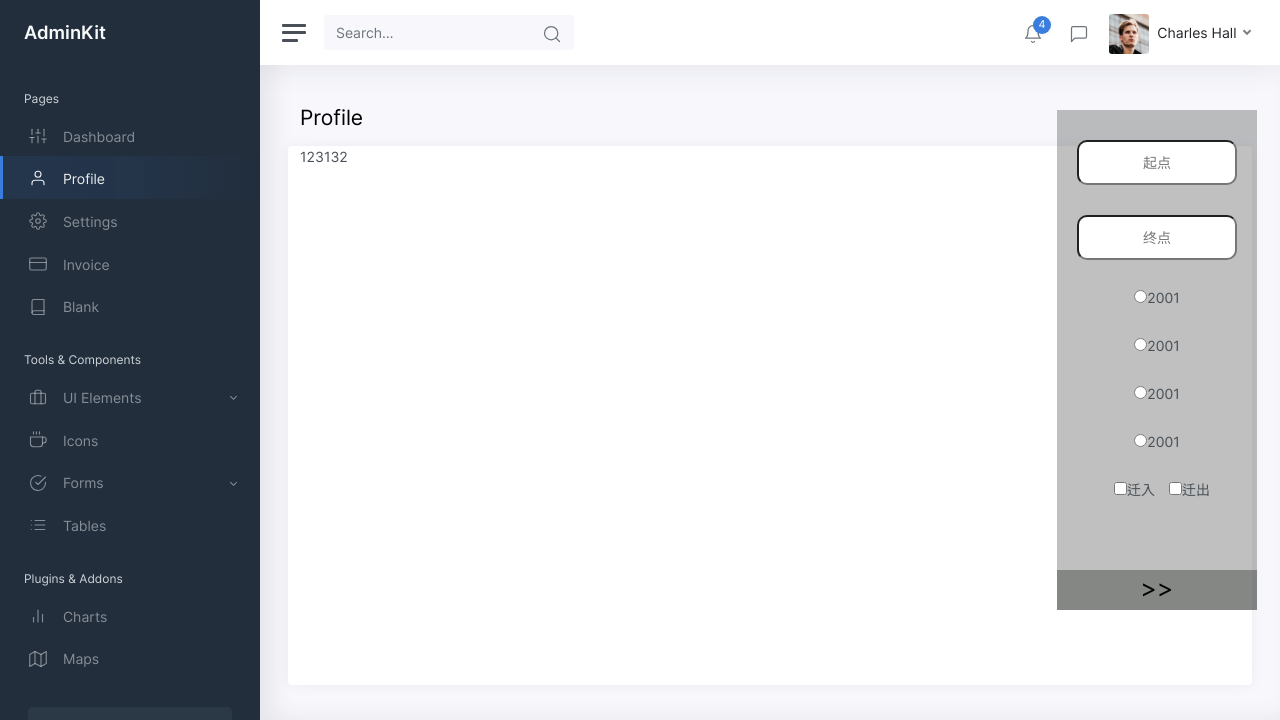
Repository: yuwei0922/WHURS-WGIS
Page: final_project/pages-profile.html
These files come from the project's save history. The page is drawn as it stood at one moment and after the next save; the edit follows.
The browser window is 1280 px wide. The pictures show the whole page.

Above is the page before, as saved 2022-12-21 21:39:10.
Not found: final_project/js/vendor.js

### final_project/pages-profile.html
<!DOCTYPE html>
<html lang="en">

<head>
	<meta charset="utf-8">
	<meta http-equiv="X-UA-Compatible" content="IE=edge">
	<meta name="viewport" content="width=device-width, initial-scale=1, shrink-to-fit=no">
	<meta name="description" content="Responsive Web UI Kit &amp; Dashboard Template based on Bootstrap">
	<meta name="author" content="AdminKit">
	<meta name="keywords" content="adminkit, bootstrap, web ui kit, dashboard template, admin template">
	<link rel="shortcut icon" href="img/icons/icon-48x48.png" />
	<title>Profile</title>
	<link href="css/app.css" rel="stylesheet">
	<link rel="stylesheet" href="css/content.css">
</head>

<body>
	<div class="wrapper" style="position: relative;">
		<nav id="sidebar" class="sidebar">
			<div class="sidebar-content js-simplebar">
				<a class="sidebar-brand" href="index.html">
          <span class="align-middle">AdminKit</span>
        </a>

				<ul class="sidebar-nav">
					<li class="sidebar-header">
						Pages
					</li>

					<li class="sidebar-item">
						<a class="sidebar-link" href="index.html">
              <i class="align-middle" data-feather="sliders"></i> <span class="align-middle">Dashboard</span>
            </a>
					</li>

					<li class="sidebar-item active">
						<a class="sidebar-link" href="pages-profile.html">
              <i class="align-middle" data-feather="user"></i> <span class="align-middle">Profile</span>
            </a>
					</li>

					<li class="sidebar-item">
						<a class="sidebar-link" href="pages-settings.html">
              <i class="align-middle" data-feather="settings"></i> <span class="align-middle">Settings</span>
            </a>
					</li>

					<li class="sidebar-item">
						<a class="sidebar-link" href="pages-invoice.html">
              <i class="align-middle" data-feather="credit-card"></i> <span class="align-middle">Invoice</span>
            </a>
					</li>

					<li class="sidebar-item">
						<a class="sidebar-link" href="pages-blank.html">
              <i class="align-middle" data-feather="book"></i> <span class="align-middle">Blank</span>
            </a>
					</li>

					<li class="sidebar-header">
						Tools & Components
					</li>
					<li class="sidebar-item">
						<a href="#ui" data-toggle="collapse" class="sidebar-link collapsed">
              <i class="align-middle" data-feather="briefcase"></i> <span class="align-middle">UI Elements</span>
            </a>
						<ul id="ui" class="sidebar-dropdown list-unstyled collapse " data-parent="#sidebar">
							<li class="sidebar-item"><a class="sidebar-link" href="ui-alerts.html">Alerts</a></li>
							<li class="sidebar-item"><a class="sidebar-link" href="ui-buttons.html">Buttons</a></li>
							<li class="sidebar-item"><a class="sidebar-link" href="ui-cards.html">Cards</a></li>
							<li class="sidebar-item"><a class="sidebar-link" href="ui-general.html">General</a></li>
							<li class="sidebar-item"><a class="sidebar-link" href="ui-grid.html">Grid</a></li>
							<li class="sidebar-item"><a class="sidebar-link" href="ui-modals.html">Modals</a></li>
							<li class="sidebar-item"><a class="sidebar-link" href="ui-typography.html">Typography</a></li>
						</ul>
					</li>

					<li class="sidebar-item">
						<a class="sidebar-link" href="icons-feather.html">
              <i class="align-middle" data-feather="coffee"></i> <span class="align-middle">Icons</span>
            </a>
					</li>

					<li class="sidebar-item">
						<a href="#forms" data-toggle="collapse" class="sidebar-link collapsed">
              <i class="align-middle" data-feather="check-circle"></i> <span class="align-middle">Forms</span>
            </a>
						<ul id="forms" class="sidebar-dropdown list-unstyled collapse " data-parent="#sidebar">
							<li class="sidebar-item"><a class="sidebar-link" href="forms-layouts.html">Form Layouts</a></li>
							<li class="sidebar-item"><a class="sidebar-link" href="forms-basic-inputs.html">Basic Inputs</a></li>
						</ul>
					</li>

					<li class="sidebar-item">
						<a class="sidebar-link" href="tables-bootstrap.html">
              <i class="align-middle" data-feather="list"></i> <span class="align-middle">Tables</span>
            </a>
					</li>

					<li class="sidebar-header">
						Plugins & Addons
					</li>

					<li class="sidebar-item">
						<a class="sidebar-link" href="charts-chartjs.html">
              <i class="align-middle" data-feather="bar-chart-2"></i> <span class="align-middle">Charts</span>
            </a>
					</li>

					<li class="sidebar-item">
						<a class="sidebar-link" href="maps-google.html">
              <i class="align-middle" data-feather="map"></i> <span class="align-middle">Maps</span>
            </a>
					</li>
				</ul>

				<div class="sidebar-cta">
					<div class="sidebar-cta-content">
						<strong class="d-inline-block mb-2">Upgrade to Pro</strong>
						<div class="mb-3 text-sm">
							Are you looking for more components?
						</div>
						<a href="#" target="_blank" class="btn btn-outline-primary btn-block">Upgrade</a>
					</div>
				</div>
			</div>
		</nav>
		<div class="main">
			<nav class="navbar navbar-expand navbar-light navbar-bg">
				<a class="sidebar-toggle d-flex">
          <i class="hamburger align-self-center"></i>
        </a>

				<form class="form-inline d-none d-sm-inline-block">
					<div class="input-group input-group-navbar">
						<input type="text" class="form-control" placeholder="Search…" aria-label="Search">
						<div class="input-group-append">
							<button class="btn" type="button">
                <i class="align-middle" data-feather="search"></i>
              </button>
						</div>
					</div>
				</form>

				<div class="navbar-collapse collapse">
					<ul class="navbar-nav navbar-align">
						<li class="nav-item dropdown">
							<a class="nav-icon dropdown-toggle" href="#" id="alertsDropdown" data-toggle="dropdown">
								<div class="position-relative">
									<i class="align-middle" data-feather="bell"></i>
									<span class="indicator">4</span>
								</div>
							</a>
							<div class="dropdown-menu dropdown-menu-lg dropdown-menu-right py-0" aria-labelledby="alertsDropdown">
								<div class="dropdown-menu-header">
									4 New Notifications
								</div>
								<div class="list-group">
									<a href="#" class="list-group-item">
										<div class="row no-gutters align-items-center">
											<div class="col-2">
												<i class="text-danger" data-feather="alert-circle"></i>
											</div>
											<div class="col-10">
												<div class="text-dark">Update completed</div>
												<div class="text-muted small mt-1">Restart server 12 to complete the update.</div>
												<div class="text-muted small mt-1">30m ago</div>
											</div>
										</div>
									</a>
									<a href="#" class="list-group-item">
										<div class="row no-gutters align-items-center">
											<div class="col-2">
												<i class="text-warning" data-feather="bell"></i>
											</div>
											<div class="col-10">
												<div class="text-dark">Lorem ipsum</div>
												<div class="text-muted small mt-1">Aliquam ex eros, imperdiet vulputate hendrerit et.</div>
												<div class="text-muted small mt-1">2h ago</div>
											</div>
										</div>
									</a>
									<a href="#" class="list-group-item">
										<div class="row no-gutters align-items-center">
											<div class="col-2">
												<i class="text-primary" data-feather="home"></i>
											</div>
											<div class="col-10">
												<div class="text-dark">Login from 192.186.1.8</div>
												<div class="text-muted small mt-1">5h ago</div>
											</div>
										</div>
									</a>
									<a href="#" class="list-group-item">
										<div class="row no-gutters align-items-center">
											<div class="col-2">
												<i class="text-success" data-feather="user-plus"></i>
											</div>
											<div class="col-10">
												<div class="text-dark">New connection</div>
												<div class="text-muted small mt-1">Christina accepted your request.</div>
												<div class="text-muted small mt-1">14h ago</div>
											</div>
										</div>
									</a>
								</div>
								<div class="dropdown-menu-footer">
									<a href="#" class="text-muted">Show all notifications</a>
								</div>
							</div>
						</li>
						<li class="nav-item dropdown">
							<a class="nav-icon dropdown-toggle" href="#" id="messagesDropdown" data-toggle="dropdown">
								<div class="position-relative">
									<i class="align-middle" data-feather="message-square"></i>
								</div>
							</a>
							<div class="dropdown-menu dropdown-menu-lg dropdown-menu-right py-0" aria-labelledby="messagesDropdown">
								<div class="dropdown-menu-header">
									<div class="position-relative">
										4 New Messages
									</div>
								</div>
								<div class="list-group">
									<a href="#" class="list-group-item">
										<div class="row no-gutters align-items-center">
											<div class="col-2">
												<img src="img/avatars/avatar-5.jpg" class="avatar img-fluid rounded-circle" alt="Vanessa Tucker">
											</div>
											<div class="col-10 pl-2">
												<div class="text-dark">Vanessa Tucker</div>
												<div class="text-muted small mt-1">Nam pretium turpis et arcu. Duis arcu tortor.</div>
												<div class="text-muted small mt-1">15m ago</div>
											</div>
										</div>
									</a>
									<a href="#" class="list-group-item">
										<div class="row no-gutters align-items-center">
											<div class="col-2">
												<img src="img/avatars/avatar-2.jpg" class="avatar img-fluid rounded-circle" alt="William Harris">
											</div>
											<div class="col-10 pl-2">
												<div class="text-dark">William Harris</div>
												<div class="text-muted small mt-1">Curabitur ligula sapien euismod vitae.</div>
												<div class="text-muted small mt-1">2h ago</div>
											</div>
										</div>
									</a>
									<a href="#" class="list-group-item">
										<div class="row no-gutters align-items-center">
											<div class="col-2">
												<img src="img/avatars/avatar-4.jpg" class="avatar img-fluid rounded-circle" alt="Christina Mason">
											</div>
											<div class="col-10 pl-2">
												<div class="text-dark">Christina Mason</div>
												<div class="text-muted small mt-1">Pellentesque auctor neque nec urna.</div>
												<div class="text-muted small mt-1">4h ago</div>
											</div>
										</div>
									</a>
									<a href="#" class="list-group-item">
										<div class="row no-gutters align-items-center">
											<div class="col-2">
												<img src="img/avatars/avatar-3.jpg" class="avatar img-fluid rounded-circle" alt="Sharon Lessman">
											</div>
											<div class="col-10 pl-2">
												<div class="text-dark">Sharon Lessman</div>
												<div class="text-muted small mt-1">Aenean tellus metus, bibendum sed, posuere ac, mattis non.</div>
												<div class="text-muted small mt-1">5h ago</div>
											</div>
										</div>
									</a>
								</div>
								<div class="dropdown-menu-footer">
									<a href="#" class="text-muted">Show all messages</a>
								</div>
							</div>
						</li>
						<li class="nav-item dropdown">
							<a class="nav-icon dropdown-toggle d-inline-block d-sm-none" href="#" data-toggle="dropdown">
                <i class="align-middle" data-feather="settings"></i>
              </a>

							<a class="nav-link dropdown-toggle d-none d-sm-inline-block" href="#" data-toggle="dropdown">
                <img src="img/avatars/avatar.jpg" class="avatar img-fluid rounded mr-1" alt="Charles Hall" /> <span class="text-dark">Charles Hall</span>
              </a>
							<div class="dropdown-menu dropdown-menu-right">
								<a class="dropdown-item" href="pages-profile.html"><i class="align-middle mr-1" data-feather="user"></i> Profile</a>
								<a class="dropdown-item" href="#"><i class="align-middle mr-1" data-feather="pie-chart"></i> Analytics</a>
								<div class="dropdown-divider"></div>
								<a class="dropdown-item" href="pages-settings.html"><i class="align-middle mr-1" data-feather="settings"></i> Settings & Privacy</a>
								<a class="dropdown-item" href="#"><i class="align-middle mr-1" data-feather="help-circle"></i> Help Center</a>
								<div class="dropdown-divider"></div>
								<a class="dropdown-item" href="#">Log out</a>
							</div>
						</li>
					</ul>
				</div>
			</nav>
			<main class="content">
				<div class="container-fluid p-0 map-background">
					<h1 class="h3 mb-3">Profile</h1>
					<div class="row map-background">
						<div class="card col-12 mapcontent">123132</div>
					</div>
				</div>
			</main>
		</div>
	<div class="select-contronller">
		<form action="">
		<input type="text" placeholder="起点" name="ori" class="input-right">
		<input type="text" placeholder="终点" name="des" class="input-right">
		<br>
		<input type="radio" name="year" id="year" value="2001" class="radiosel">2001
		<br>
		<input type="radio" name="year" id="year" value="2001" class="radiosel">2001
		<br>
		<input type="radio" name="year" id="year" value="2001" class="radiosel">2001
		<br>
		<input type="radio" name="year" id="year" value="2001" class="radiosel">2001
		<br>
		<input type="checkbox" name="inouttype" id="inouttype" class="inouttype">迁入
		<input type="checkbox" name="inouttype" id="inouttype" class="inouttype">迁出
		</form>
		<div class="changedis" >>></div>
	</div>
	</div>
	<script src="js/vendor.js"></script>
	<script src="js/app.js"></script>
	<script>
		let changedis=document.querySelector(".changedis")
		changedis.addEventListener('mouseover',function(){this.style.cursor="pointer"})
		changedis.addEventListener('click',function(e){
			e.target.parentNode.style.opacity=0;})
	</script>
</body>

</html>

### final_project/css/content.css
.map-background{
    height:100%;
}

.mapcontent{
    height: 90%;
}

.select-contronller{
    position: absolute;
    height: 500px;
    top: 50%;
    right: 23px;
    transform: translateY(-50%);
    background-color:rgba(45,48,43,0.3) ;
    text-align: center;
    width: 200px;
    opacity: 1;
    transition: .5s;

}

.input-right{
    margin-top: 30px;
    width: 80%;
    text-align: center;
    border-radius:10px;
    height: 45px;
}



.radiosel{
    margin-top: 30px;
}

.inouttype{
    margin-top: 30px;
    margin-left: 10px;
}

.changedis{
    position: absolute;
    height: 40px;
    font-size: 25px;
    width: 100%;
    bottom: 0;
    margin: 0 auto;
    color: black;
    background-color:rgba(45,48,43,0.4) ;
}

Loaded but not shown: final_project/css/app.css (library); final_project/js/app.js (library)

After the next save:
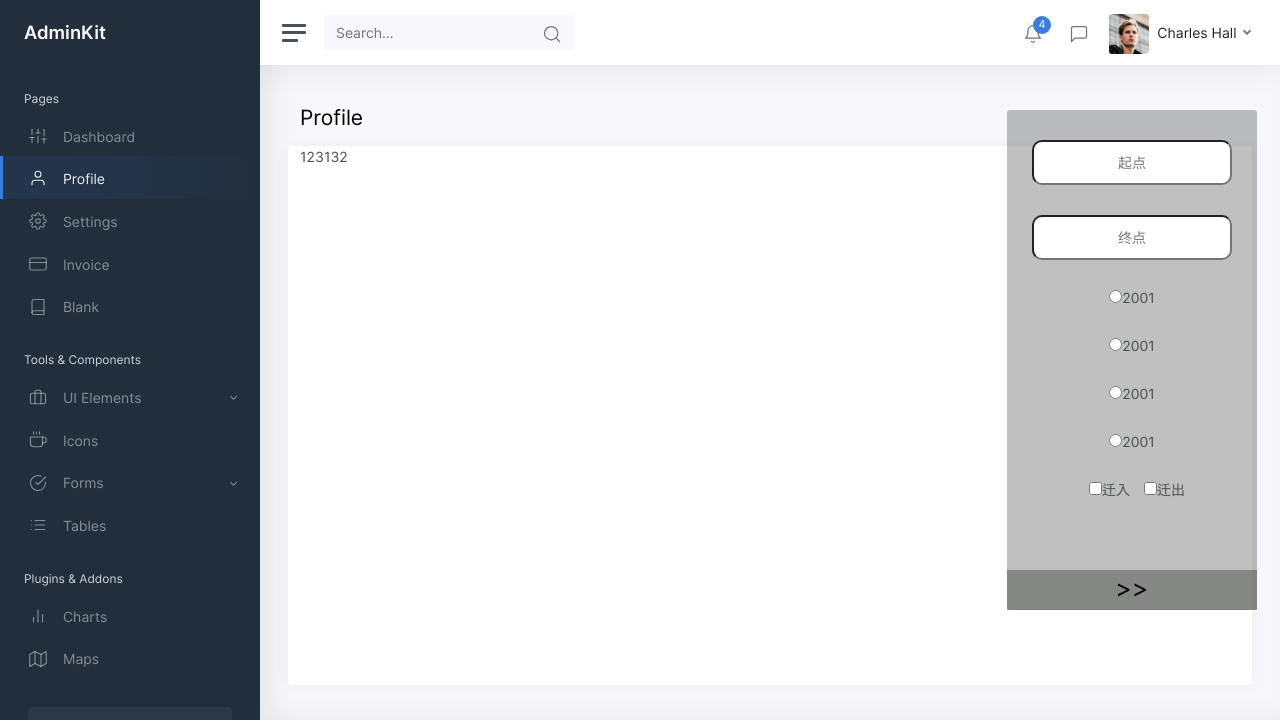
Saved 2 days later.
--- a/final_project/pages-profile.html
+++ b/final_project/pages-profile.html
@@ -306,7 +306,7 @@
 				</div>
 			</main>
 		</div>
-	<div class="select-contronller">
+	<div class="select-contronller" style="border-radius: 3px;">
 		<form action="">
 		<input type="text" placeholder="起点" name="ori" class="input-right">
 		<input type="text" placeholder="终点" name="des" class="input-right">
--- a/final_project/css/content.css
+++ b/final_project/css/content.css
@@ -14,7 +14,7 @@
     transform: translateY(-50%);
     background-color:rgba(45,48,43,0.3) ;
     text-align: center;
-    width: 200px;
+    width: 250px;
     opacity: 1;
     transition: .5s;
 
